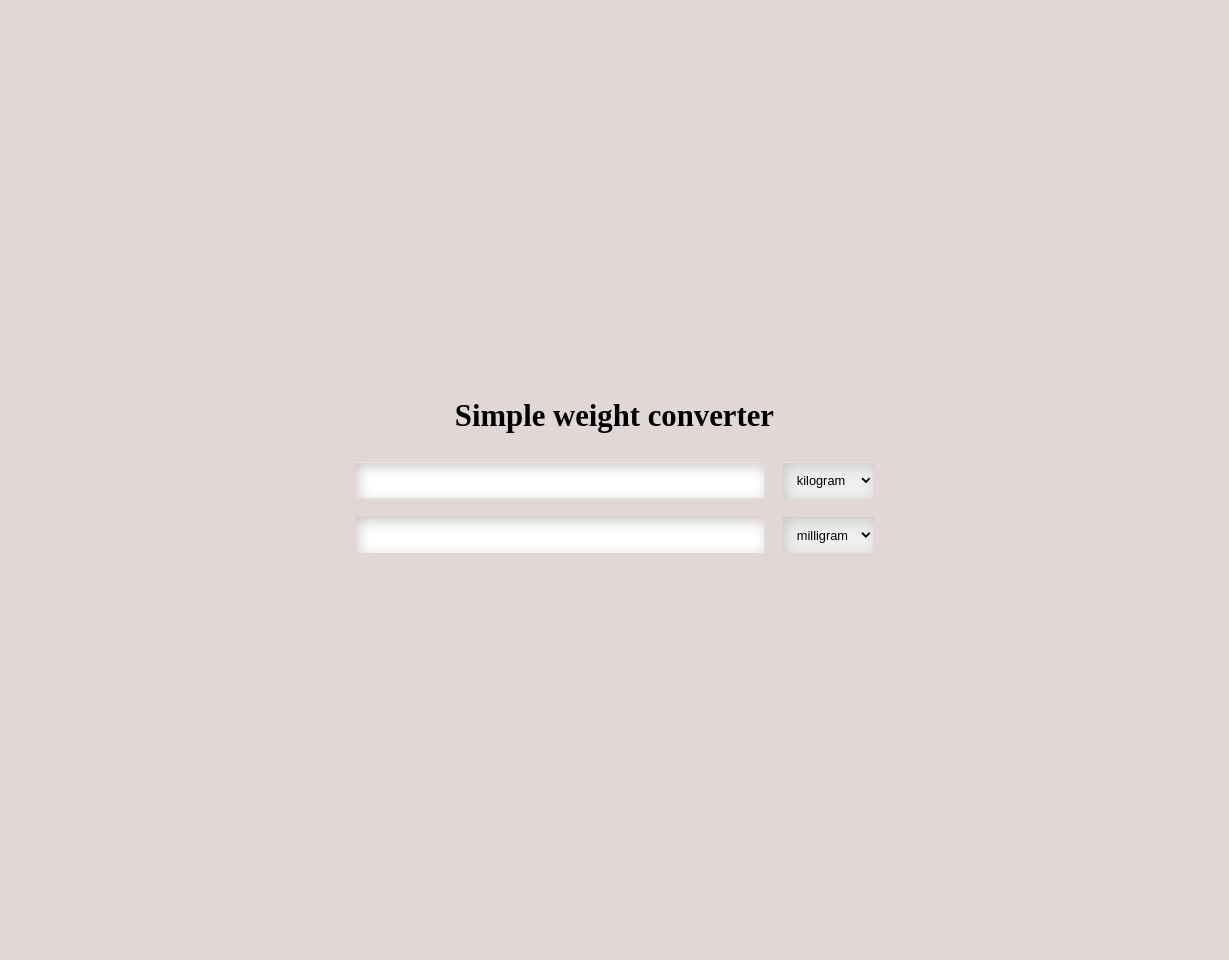
Repository: Eugene44-hub/weight-converter
Page: index.html
These files come from the project's save history. The page is drawn as it stood at one moment and after the next save; the edit follows.
The browser window is 1280 px wide. The pictures show the whole page, at 96% of full size.

Above is the page before, as saved 2021-09-20 05:19:32.

After the next save:
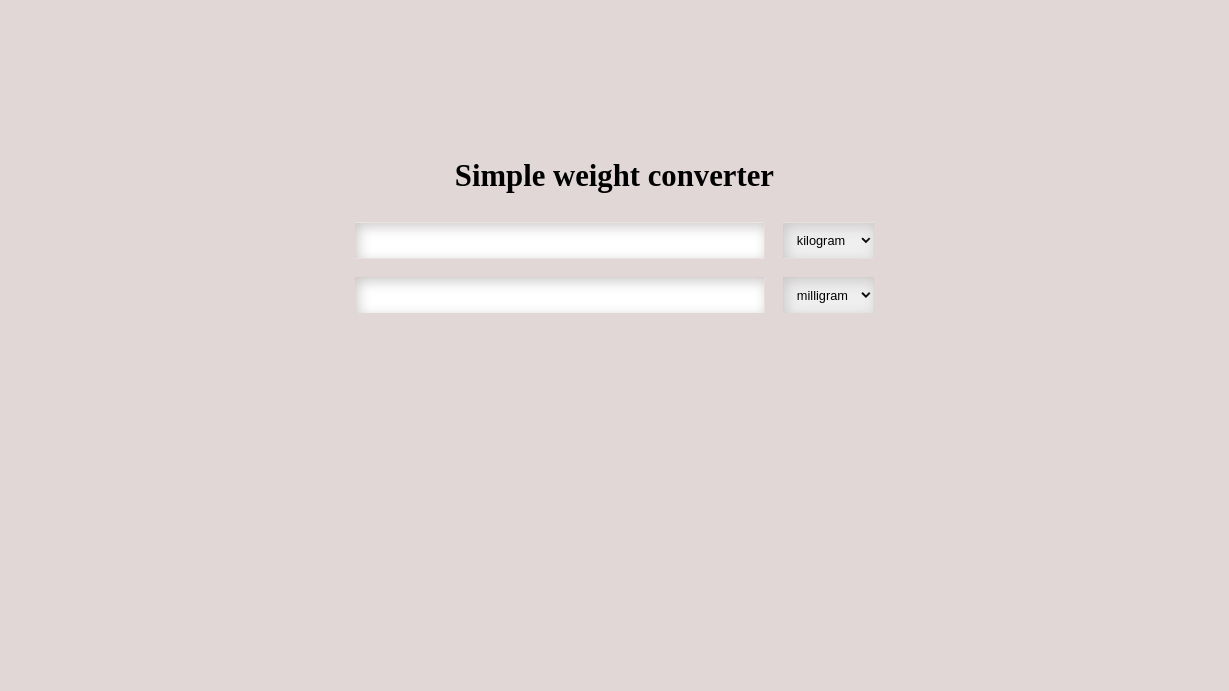
Saved 8 s later.
--- a/style.css
+++ b/style.css
@@ -7,7 +7,7 @@
 body {
     background-color: rgb(226, 215, 215);
     display: flex;
-    height: 1000px;
+    height: 500px;
 }
 
 input {
